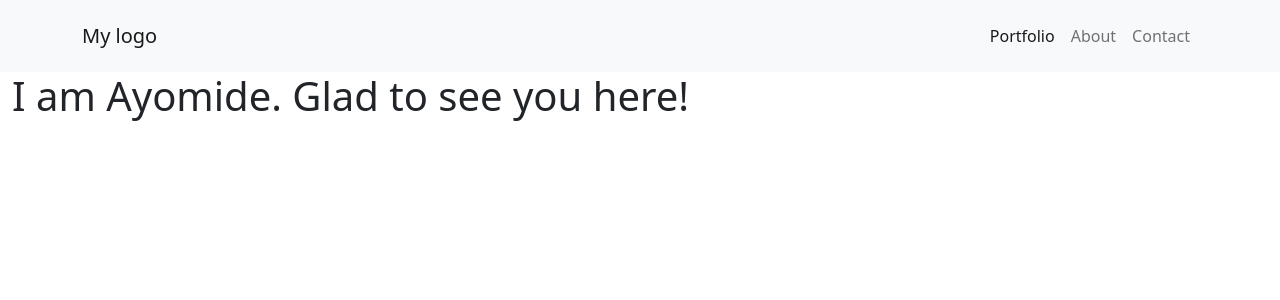
Repository: Paulinelali/try-bootstrap
Page: index.html
These files come from the project's save history. The page is drawn as it stood at one moment and after the next save; the edit follows.
The browser window is 1280 px wide. The pictures show the whole page.

Above is the page before, as saved 2023-04-13 08:53:59.

### index.html
<!doctype html>
<html lang="en">
  <head>
    <!-- Required meta tags -->
    <meta charset="utf-8">
    <meta name="viewport" content="width=device-width, initial-scale=1">

    <!-- Bootstrap CSS -->
    <link href="https://cdn.jsdelivr.net/npm/bootstrap@5.0.2/dist/css/bootstrap.min.css" rel="stylesheet" integrity="sha384-EVSTQN3/azprG1Anm3QDgpJLIm9Nao0Yz1ztcQTwFspd3yD65VohhpuuCOmLASjC" crossorigin="anonymous">

    <title>Hello, world!</title>
  </head>
  <body>
    <header>
      <nav class="navbar navbar-expand-lg navbar-light bg-light py-3">
        <div class="container d-flex justify-content-between">
          <a class="navbar-brand" href="#">My logo</a>
          <div class="links">
            <button class="navbar-toggler" type="button" data-bs-toggle="collapse" data-bs-target="#navbarNav" aria-controls="navbarNav" aria-expanded="false" aria-label="Toggle navigation">
              <span class="navbar-toggler-icon"></span>
            </button>
            <div class="collapse navbar-collapse" id="navbarNav">
              <ul class="navbar-nav">
                <li class="nav-item">
                  <a class="nav-link active" aria-current="page" href="#">Portfolio</a>
                </li>
                <li class="nav-item">
                  <a class="nav-link" href="#">About</a>
                </li>
                <li class="nav-item">
                  <a class="nav-link" href="#">Contact</a>
                </li>
              </ul>
            </div>
          </div>
        </div>
      </nav>

      <section class="hero-section container-fluid">
        <h1>
          I am Ayomide. Glad to see you here!
        </h1>

      </section>
    </header>



    <!-- Optional JavaScript; choose one of the two! -->

    <!-- Option 1: Bootstrap Bundle with Popper -->
    <script src="https://cdn.jsdelivr.net/npm/bootstrap@5.0.2/dist/js/bootstrap.bundle.min.js" integrity="sha384-MrcW6ZMFYlzcLA8Nl+NtUVF0sA7MsXsP1UyJoMp4YLEuNSfAP+JcXn/tWtIaxVXM" crossorigin="anonymous"></script>

    <!-- Option 2: Separate Popper and Bootstrap JS -->
    <!--
    <script src="https://cdn.jsdelivr.net/npm/@popperjs/core@2.9.2/dist/umd/popper.min.js" integrity="sha384-IQsoLXl5PILFhosVNubq5LC7Qb9DXgDA9i+tQ8Zj3iwWAwPtgFTxbJ8NT4GN1R8p" crossorigin="anonymous"></script>
    <script src="https://cdn.jsdelivr.net/npm/bootstrap@5.0.2/dist/js/bootstrap.min.js" integrity="sha384-cVKIPhGWiC2Al4u+LWgxfKTRIcfu0JTxR+EQDz/bgldoEyl4H0zUF0QKbrJ0EcQF" crossorigin="anonymous"></script>
    -->
  </body>
</html>

After the next save:
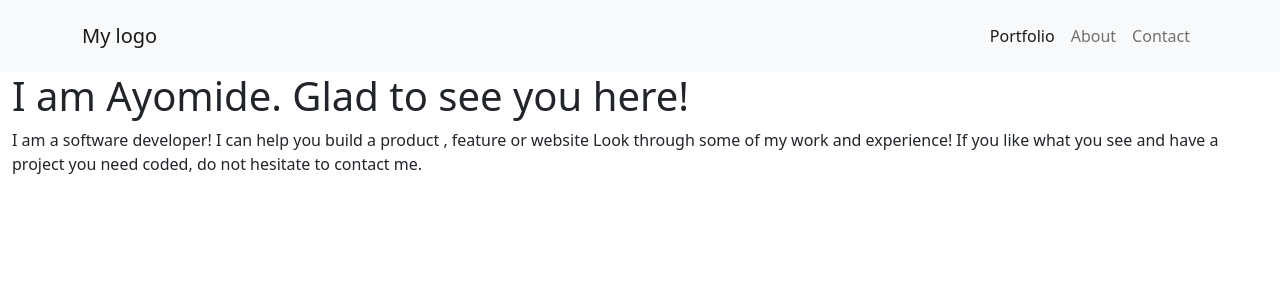
Saved 13 s later.
--- a/index.html
+++ b/index.html
@@ -40,7 +40,9 @@
         <h1>
           I am Ayomide. Glad to see you here!
         </h1>
-
+        <p>
+          I am a software developer! I can help you build a product , feature or website Look through some of my work and experience! If you like what you see and have a project you need coded, do not hesitate to contact me.
+        </p>
       </section>
     </header>
 
